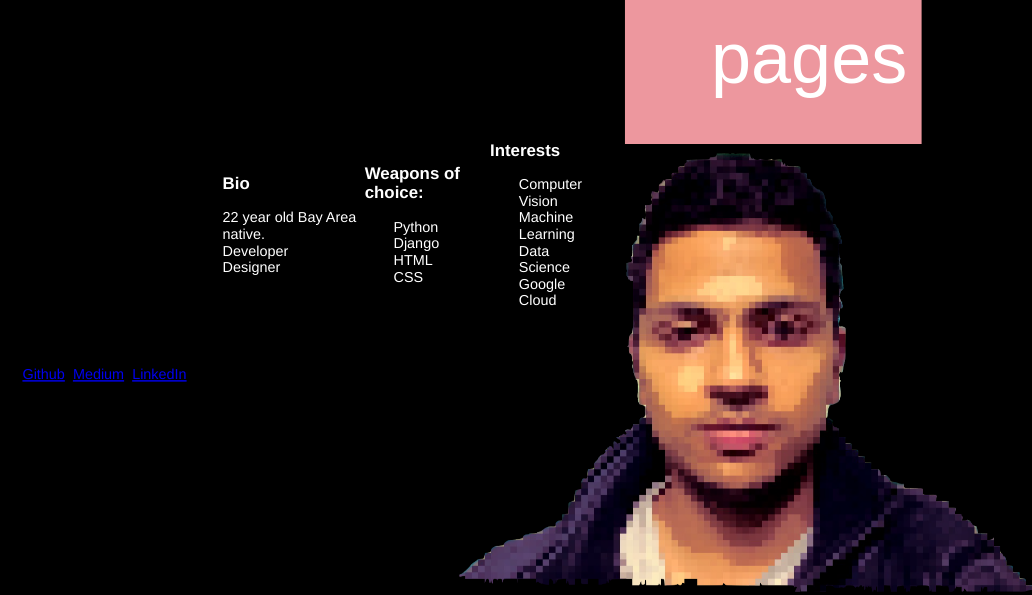
Repository: SamirIngley/html-semantic
Page: templates/about.html
These files come from the project's save history. The page is drawn as it stood at one moment and after the next save; the edit follows.
The browser window is 1280 px wide. The page is 1434 px wide, so the pictures cover 1434 px, including what lies to the right of the window. The pictures show the whole page, at 72% of full size.

Above is the page before, as saved 2020-02-05 22:13:20.

After the next save:
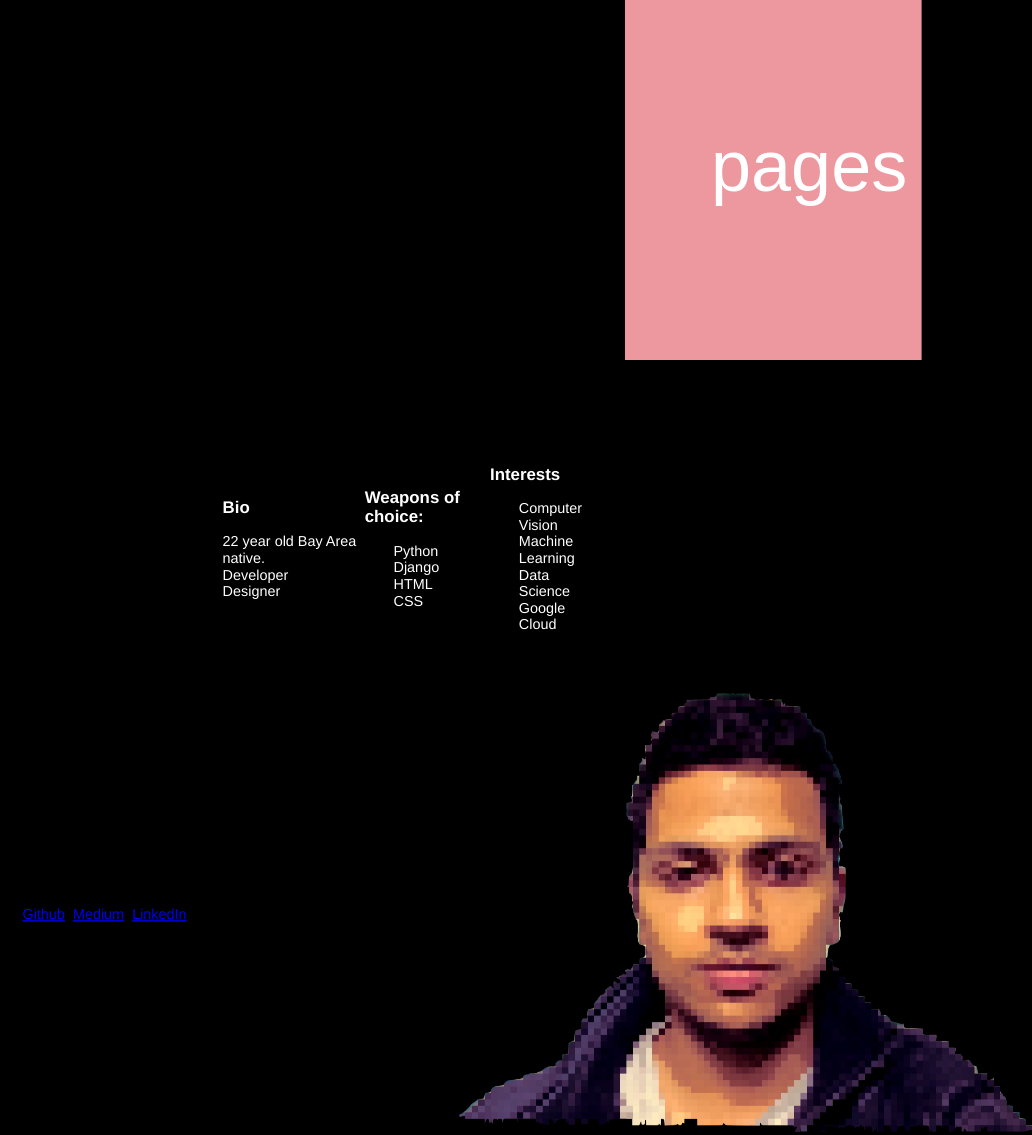
Saved 17 s later.
--- a/templates/style.css
+++ b/templates/style.css
@@ -33,7 +33,7 @@ body {
   display: flex;
   justify-content: space-between;
   align-items: center;
-  height: 200px;
+  height: 500px;
 }
 
 .header {
